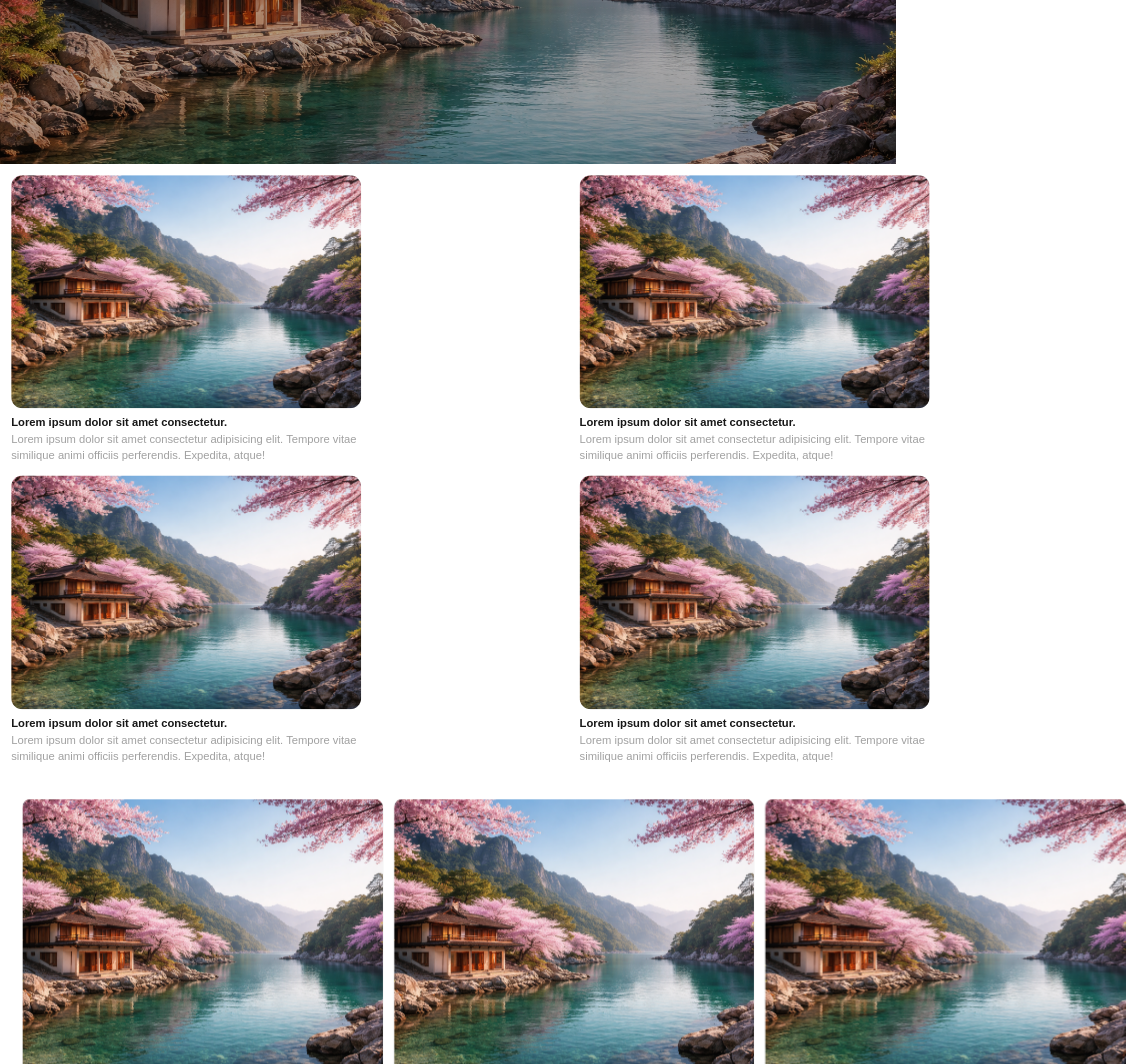
Repository: pedroantoniosi/tripicon-site
Page: /home
These files come from the project's save history. The page is drawn as it stood at one moment and after the next save; the edit follows.
The browser window is 1280 px wide. The page is 1640 px wide, so the pictures cover 1640 px, including what lies to the right of the window. The pictures show the part of the page from y = 486 to 2006 px (the page is 2803 px tall before and 3661 px after), at 70% of full size.
The project was rebuilt for these pictures with package versions that can differ from the ones it lists, and the page was loaded fresh each time. The framework's server and built-in components were replaced by stand-ins that run in the browser. Also part of the build but not shown: next.config.ts.

Above is the page before, as saved 2026-04-01 20:37:22.

After the next save:
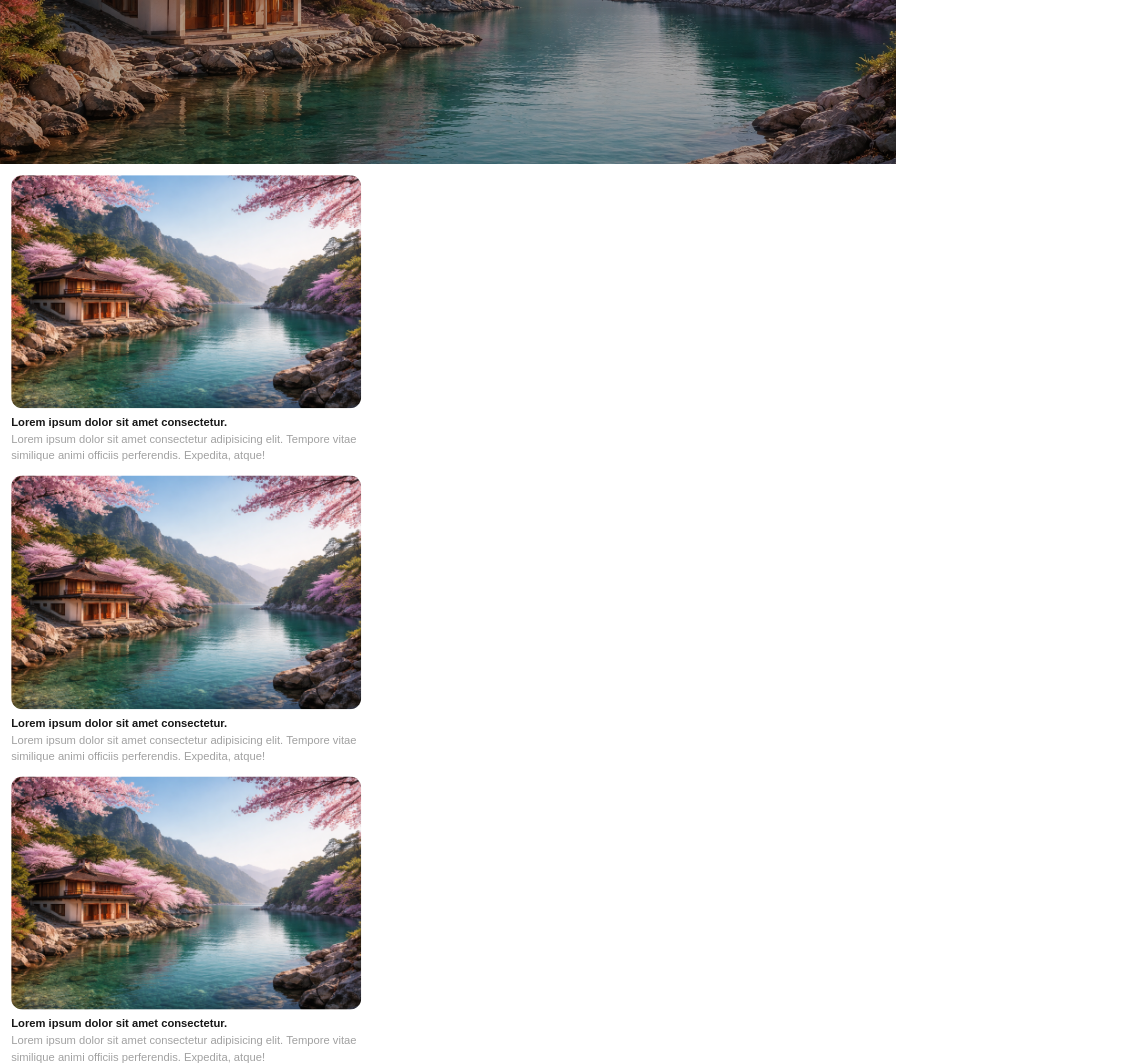
Saved 11 s later.
--- a/src/app/home/page.tsx
+++ b/src/app/home/page.tsx
@@ -59,7 +59,7 @@ export default function Home() {
 
       {/* Sessão de Novidades */}
       <Container>
-        <section className="grid grid-cols-1 md:grid-cols-2 p-2 gap-2 lg:p-4 lg:gap-4">
+        <section className="grid grid-cols-1 2 p-2 gap-2 lg:p-4 lg:gap-4">
           {Array.from({ length: 4 }).map((_, index) => (
             <div key={index} className="flex gap-2 lg:flex-col">
               <Image
